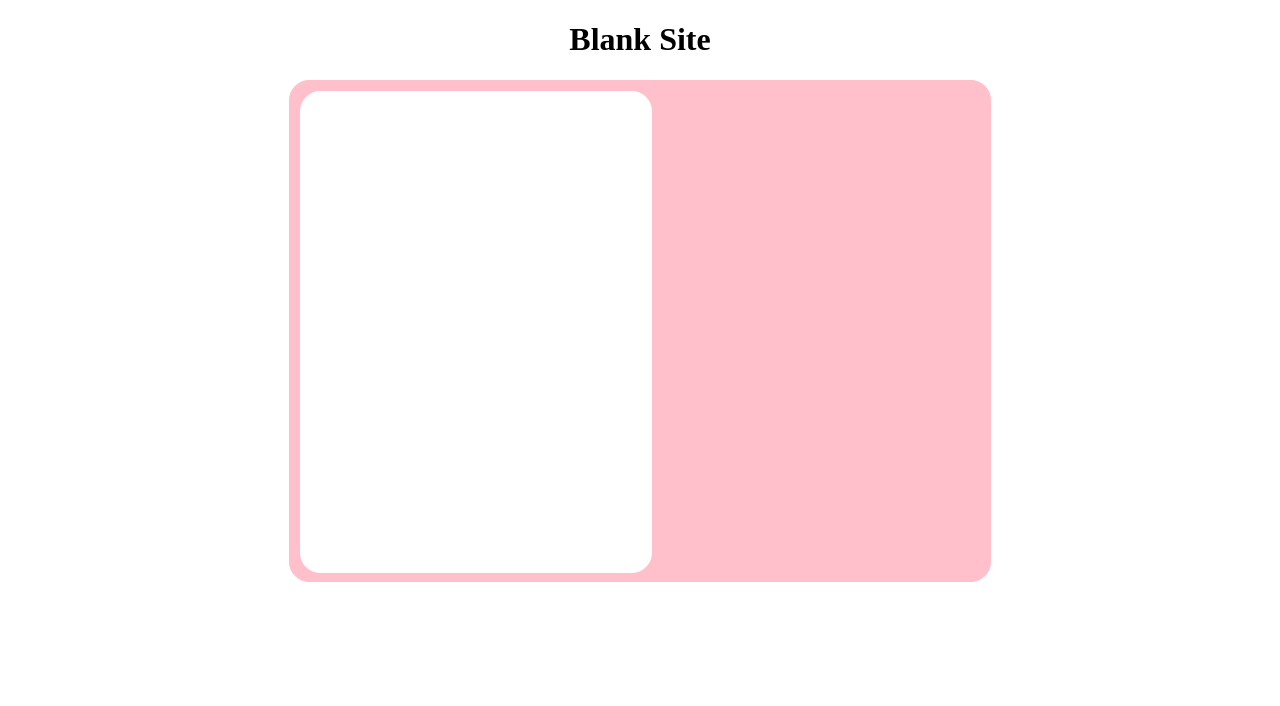
Repository: yhung004/Blank_Project
Page: index.html
An editor plug-in stored every save of this project. The page is shown before and after the next save, followed by the edit.
The browser window is 1280 px wide. The pictures show the whole page.

Above is the page before, as saved 2024-04-04 02:36:10.

After the next save:
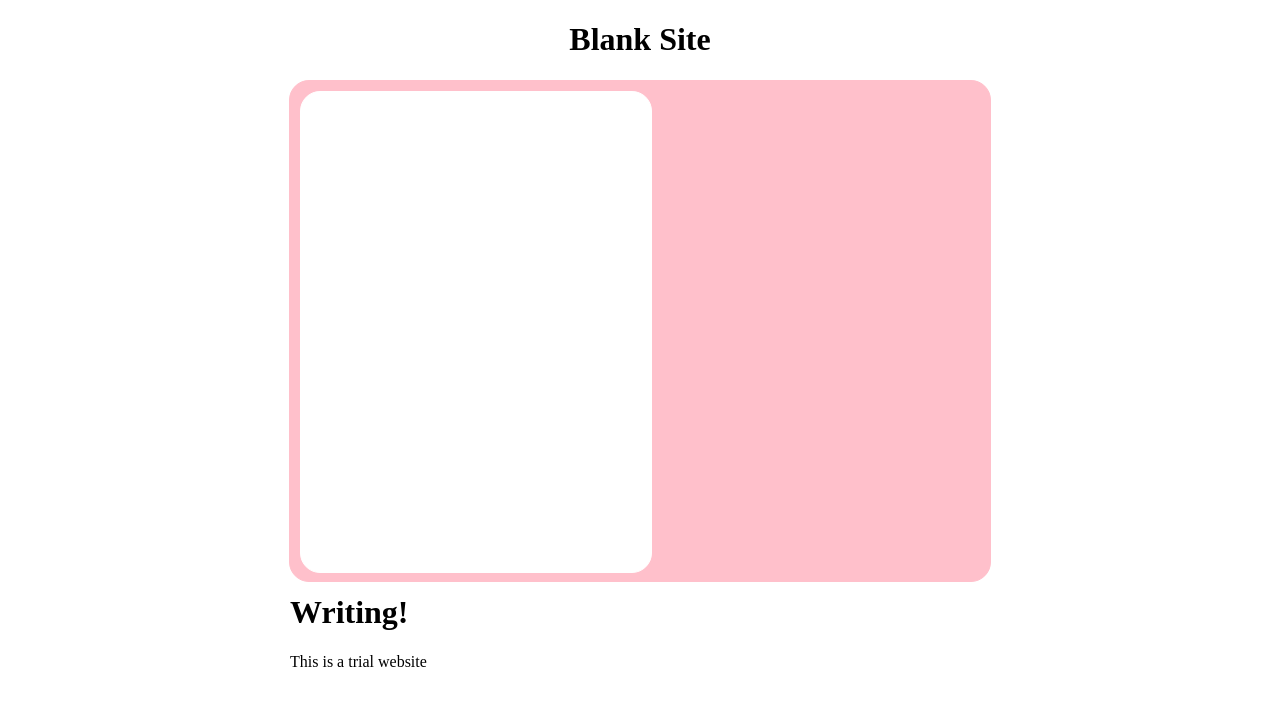
Saved 93 s later.
--- a/index.html
+++ b/index.html
@@ -10,6 +10,10 @@
     <h1 class="header1">Blank Site</h1>
     <div class="main">
         <div class="container"></div>
+        <span class="words">
+            <h1 class="heading2">Writing!</h1>
+            <p class="subwriting">This is a trial website</p>
+        </span>
 
     </div>
 
